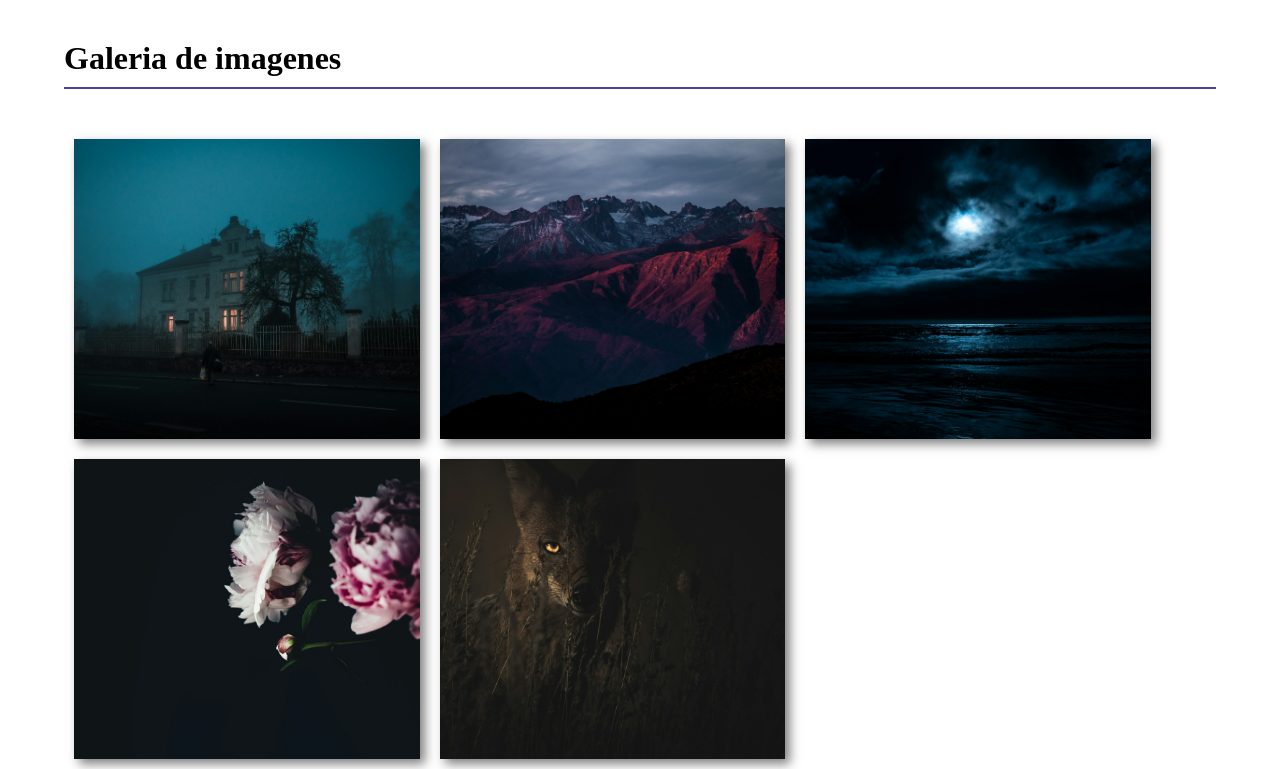
Repository: DamianBermudez94/curso-css3
Page: galeria.html
These files come from the project's save history. The page is drawn as it stood at one moment and after the next save; the edit follows.
The browser window is 1280 px wide. The pictures show the whole page.

Above is the page before, as saved 2024-05-18 13:59:40.

After the next save:
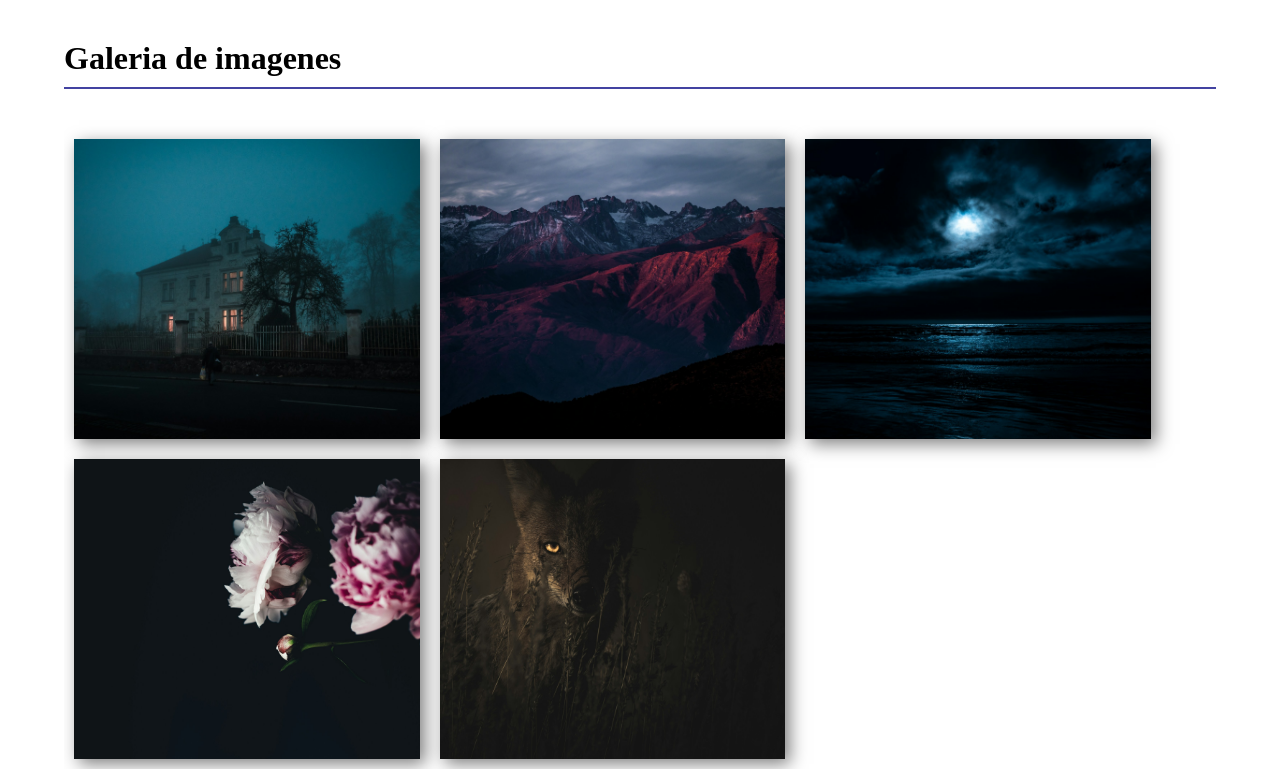
Saved 7 s later.
--- a/listas-e-imagenes/estilos.css
+++ b/listas-e-imagenes/estilos.css
@@ -23,5 +23,5 @@
     height: 300px;
     object-fit: cover;
     margin: 10px 10px 10px 10px;
-    box-shadow: 5px 5px 10px rgba(0, 0, 0, .5);
+    box-shadow: 5px 5px 16px rgba(0, 0, 0, .5);
 }
